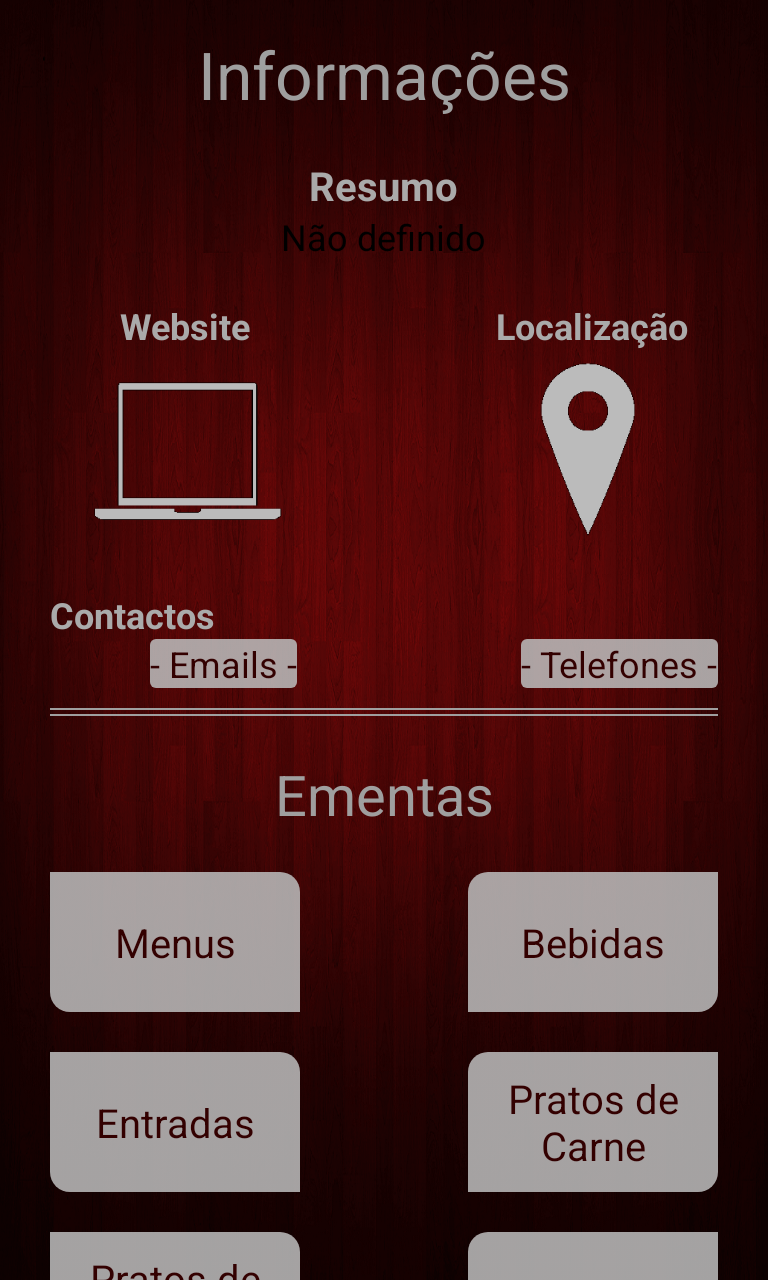
Repository: LuisFilipeDias/eMenu
Layout: SideMenuTutorial/res/layout/fragment.xml
An editor plug-in stored every save of this project. The layout is shown before and after the next save, followed by the edit.
It is drawn on a 768 x 1280 px phone screen (xhdpi) without system bars, with theme Theme.Sherlock; the app's code is not run.

Above is the layout before, as saved 2013-12-23 22:13:50.

After the next save:
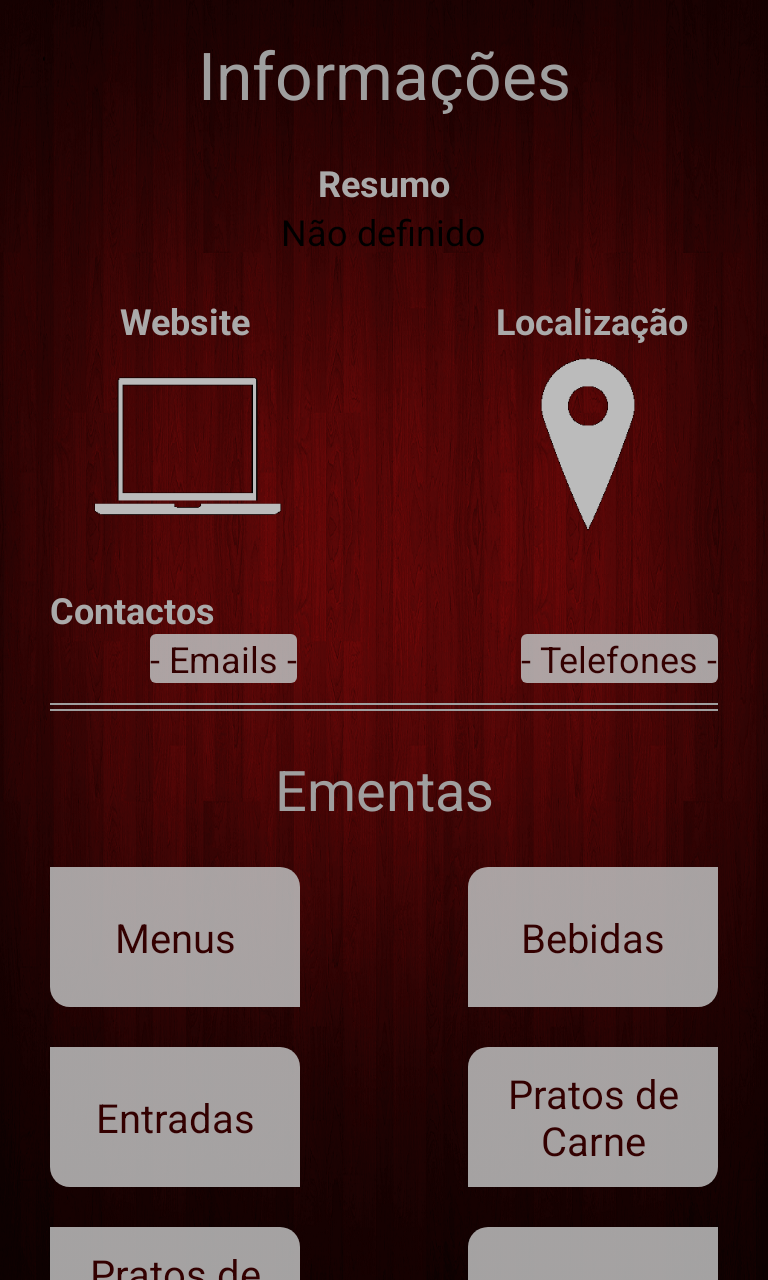
Saved 47 s later.
--- a/SideMenuTutorial/res/layout/fragment.xml
+++ b/SideMenuTutorial/res/layout/fragment.xml
@@ -46,7 +46,7 @@
 			        android:text="@string/resumee_ttl"
 			        android:textAppearance="?android:attr/textAppearanceLarge"
 			        android:textColor="@android:color/darker_gray"
-			        android:textSize="20sp"
+			        android:textSize="18sp"
 			        android:textStyle="bold" />
 
 			    <TextView
